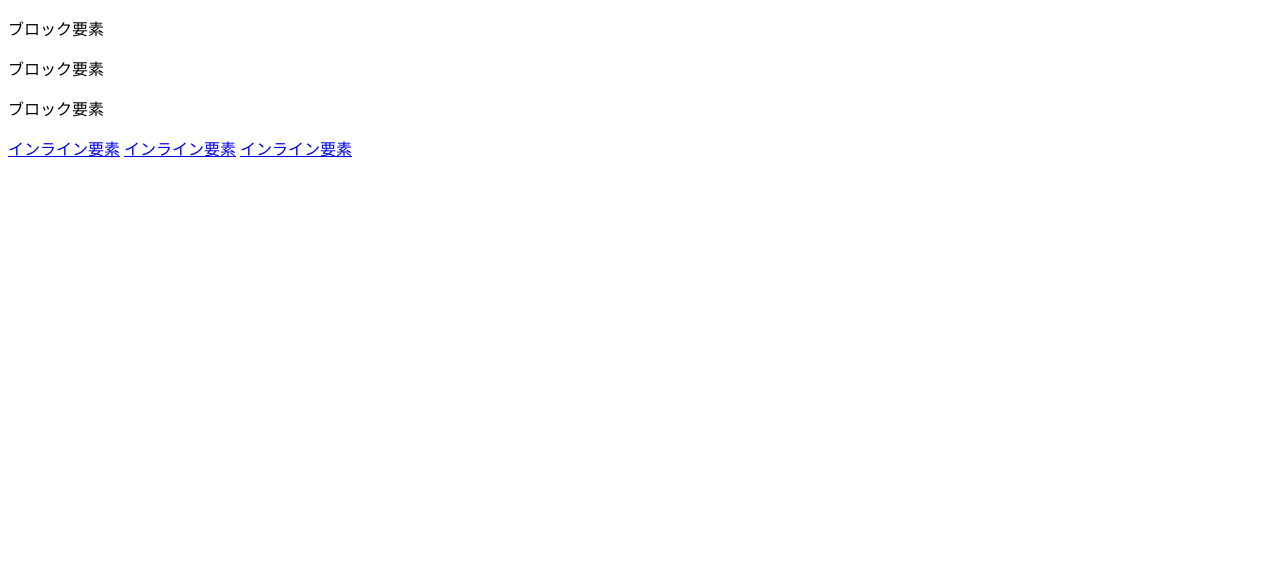
Repository: syokaturyou/potepan
Page: index4.html
The author's editor kept a record of every edit. The page is drawn from the files as they stood at one moment, then again after the next edit.
The browser window is 1280 px wide. The pictures show the whole page.

Above is the page before.

### index4.html
<!DOCTYPE html>
  <html>
   <head>
    <meta charset="utf-8">
    <title>Potepan</title>
    <link rel="stylesheet" href="test1.css">
  </head>
<body>

  <div>
      <p class="block_sample">ブロック要素</p>
      <p class="block_sample">ブロック要素</p>
      <p class="block_sample">ブロック要素</p>
    </div>

    <div>
      <a href="#" class="inline_sample">インライン要素</a>
      <a href="#" class="inline_sample">インライン要素</a>
      <a href="#" class="inline_sample">インライン要素</a>
    </div>


</body>
</html>

### test1.css
h1 {
          color: #364e96; /*文字色*/
          padding: 5px 0; /*上下の余白*/
          border-top: solid 6px #364e96; /*上線*/
          border-bottom: solid 6px #364e96; /*下線*/
        }


            /* cssの場合はこの両サイドで囲まれた箇所がコメント文になります。 */


                .text_a { color: red; } /* 文字を赤にする。classで指定 */
    .text_b { color: blue; } /* 文字を青にする。classで指定 */
    #text_c { color: green; } /* 文字を緑にする。idで指定 */
    #text_d { color: orange; } /* 文字をオレンジにする。idで指定 */
    .text_e { font-size: 26px; } /* 文字のサイズを26にする。classで指定 */
    small { color: purple; } /* 文字を紫にする。タグで指定 */

    .font-a { font-family: sans-serif; }
    .font-b { font-family: serif; }
    .font-c { font-family: monospace; }
    .font-d { font-family: fantasy; }
    .font-e { font-family: cursive; }
    .font-f { font-family: "メイリオ"; }

        .text1 { text-align: left; }
    .text2 { text-align: right; }
    .text3 { text-align: center; }


      .parent_box1 {
      background-color: gainsboro;
      height: 150px;
    }

    .box1 {
      background-color: cornflowerblue;
      width: 300px;
    }

    .box2 {
      background-color: crimson;
      width: 100%;
    }

    .box3 {
      background-color: darkorange;
      width: auto;
    }

    .parent_box2 {
      background-color: gainsboro;
      width: 600px;
    }

    .box4 {
      background-color: cornflowerblue;
      width: 100%;
    }

    .box5 {
      background-color: crimson;
      width: 75%;
    }

    .box6 {
      background-color: darkorange;
      width: 50%;
    }

    .box7 {
      background-color: mediumseagreen;
      width: 25%;
    }


        /* 親要素 */
    .parent_box {
      border: 1px solid red;
      width: 300px;
    }

    /* 子要素 */
    .children_box {
      width: 600px;
    }


     .box8 {
      background-color: mediumseagreen;
      height: 25px;
    }

    .box9 {
      background-color: crimson;
      height: 50px;
    }

    .box10 {
      background-color: palevioletred;
      height: 100px;
    }


    .box11 {
      background-color: mediumseagreen;
      width: 200px;
      /*height: auto;*/
    }


        .parent2 {
      background-color: darkorange;
      width: 100%;
      height: 200px;
    }

    .children5 {
      background-color: lightyellow;
      width: 50%;
      height: 50%;
    }


     .parent3 {
      background-color: darkorange;
      width: 100%;
      height: 100px;
    }

    .children6 {
      background-color: lightyellow;
      width: 50%;
      height: 50%;
    }

     .box > li {
      display: inline-block;
      background-color: pink;
    }

    .line_box {
      border: 1px solid black;
    }

    .line_boxA {
      border: 1px solid black;
      padding-top: 30px;
    }

    .line_boxB {
      border: 1px solid black;
      padding-bottom: 30px;
    }

    .line_boxC {
      border: 1px solid black;
      padding-left: 30px;
    }

    .line_boxD {
      border: 1px solid black;
      padding-right: 30px;
    }

    .line_boxE {
      border: 1px solid black;
      padding: 30px;
    }

     .line {
      background-color: orange;
      border: 1px solid black;
    }

    .line_b {
      margin-top: 20px;
      margin-bottom: 20px;
    }


      .line_sample {
      background-color: skyblue;
      border: 1px solid black;
    }
    .line_c {
      padding: 20px 0 20px 0;
    }
    .line_d {
      margin: 20px 0 20px 0;
      padding: 20px;
    }
    .line_e {
      padding: 20px 0 0 20px;
    }


    .border1 {
      width: 100px;
      border: 2px solid black;
    }

    .border2 {
      width: 200px;
      border: 5px double red;
    }

    .border3 {
      width: 300px;
      border: 5px dashed pink;
    }

    .border4 {
      width: 400px;
      border: 5px ridge blue;
    }

    .border5 {
      width: 100%;
      border: 5px groove green;
    }

     .border6 {
      border-top: 5px solid black;
    }

    .border7 {
      border-bottom: 5px double red;
    }

    .border8 {
      border-right: 5px dashed pink;
    }

    .border9 {
      border-left: 5px ridge blue;
    }

    .border10 {
      border-top: 5px groove green;
      border-bottom: 5px groove red;
    }

     .test_border1 {
      border: 5px double black;
    }

     .test_border2 {
      border-top: 3px double red;
    }

     #test_border3 {
      border-top: 2px dotted #800080;
      border-right: 5px dashed #fa8072;
    }

    /* .test_border4 {*/
    /*  border-top: 2px solid black;*/
    /*  border-left: 2px solid black;*/
    /*  border-right: 2px solid black;*/
    /*}*/

     .test_border4 {
      border: 2px solid black;
      border-bottom: hidden;
    }

### test2.css
.block_sample {
      background-color: pink;
      border: 1px solid black;
      width: 150px;
      height: 150px;
    }

    .inline_sample {
      background-color: pink;
      border: 1px solid black;
      width: 150px;
      height: 150px;
    }

    .block_sampleB {
      display: inline;
      background-color: pink;
      border: 1px solid black;
      width: 150px;
      height: 150px;
    }

    .inline_sampleB {
      display: block;
      background-color: pink;
      border: 1px solid black;
      width: 150px;
      height: 150px;
    }

     .block_sampleC {
      display: inline-block; /* ブロック要素をインラインブロック要素に変更 */
      background-color: pink;
      border: 1px solid black;
      width: 150px;
      height: 150px;
    }

    .inline_sampleC {
      display: inline-block; /* インライン要素をインラインブロック要素に変更 */
      background-color: pink;
      border: 1px solid black;
      width: 150px;
      height: 150px;
    }


    .hide {
      display: none; /* 非表示にするプロパティ値を指定 */
    }


    .box {
      width: 200px;
      padding: 15px;
      border: 1px solid black;
      margin-bottom: 20px;
    }

    .no_float1 {
      background-color: pink;
    }

    .no_float2 {
      background-color: skyblue;
    }

    .left1 {
      background-color: pink;
      float: left;
    }

    .left2 {
      background-color: skyblue;
      float: left;
    }

    .right1 {
      background-color: pink;
      float: right;
    }

    .right2 {
      background-color: skyblue;
      float: right;
    }

    .right3 {
      background-color: orange;
      float: right;
    }

    .clear {
      clear: both;
    }

       .left_a {
      background-color: pink;
      width: 150px;
      height: 150px;
      float: left;
    }

    .left_b {
      background-color: skyblue;
      width: 300px;
      height: 300px;
      float: left;
    }

After the next edit:
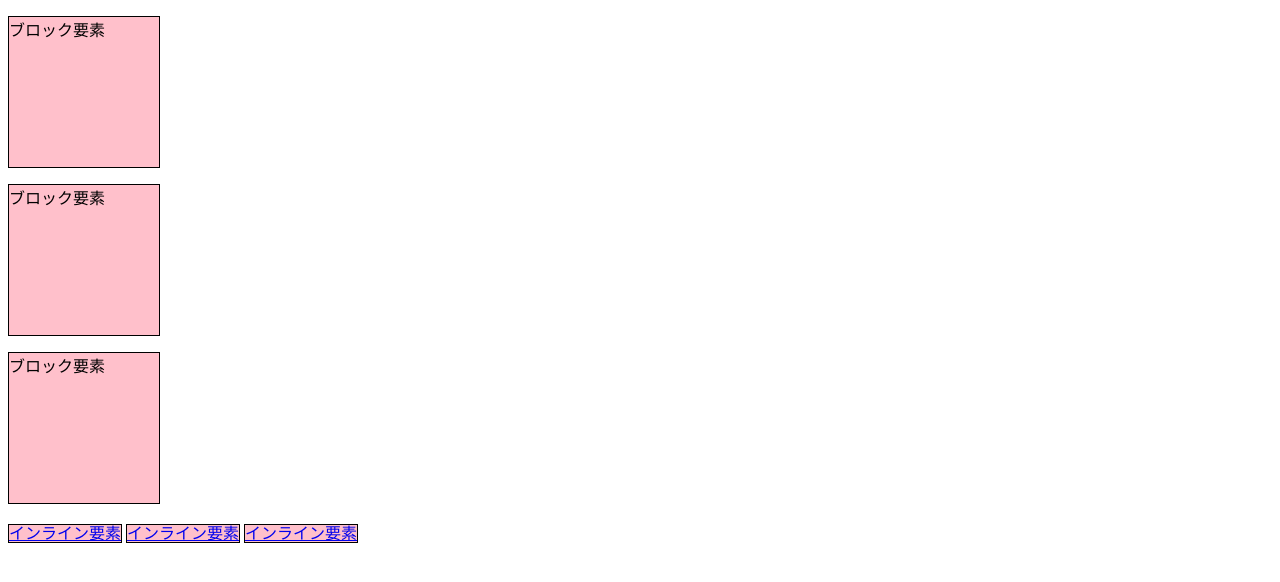
The edit:
--- a/index4.html
+++ b/index4.html
@@ -3,7 +3,7 @@
    <head>
     <meta charset="utf-8">
     <title>Potepan</title>
-    <link rel="stylesheet" href="test1.css">
+    <link rel="stylesheet" href="test2.css">
   </head>
 <body>
 
